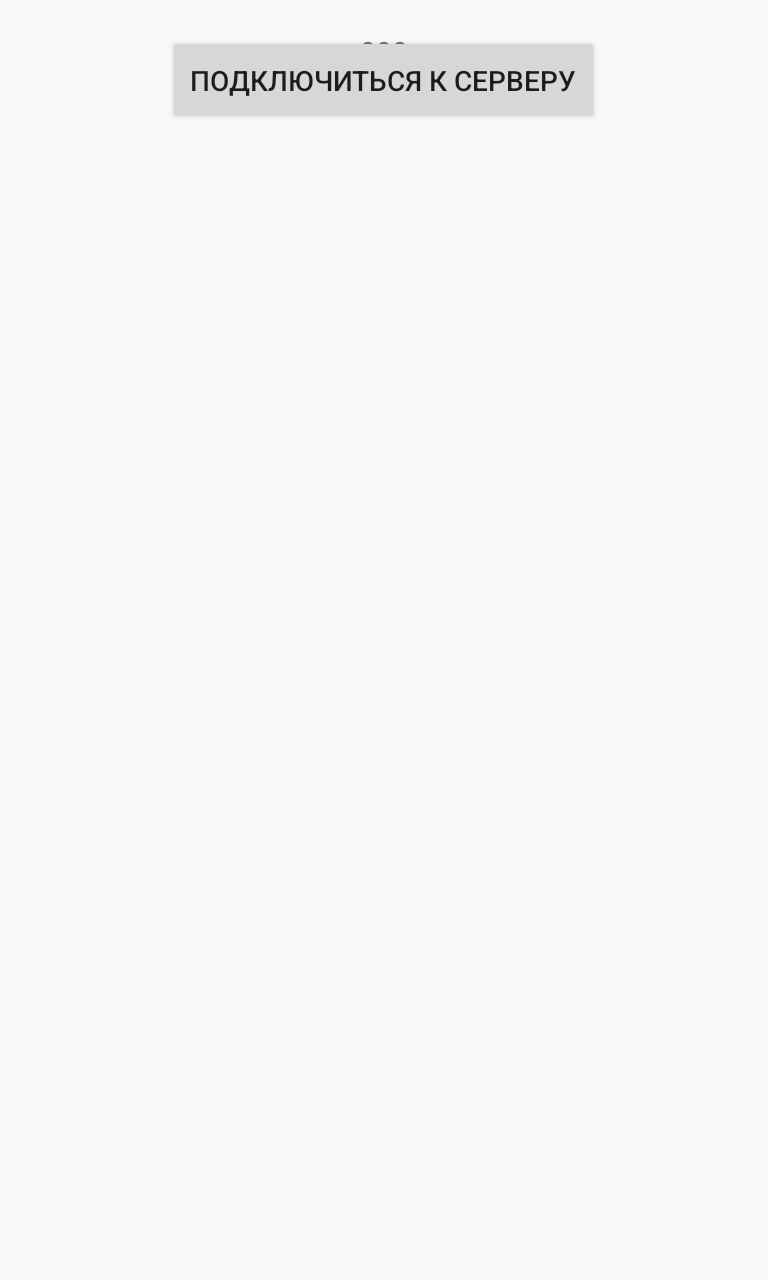
Repository: Laboratory711/Nightjar
Layout: android/Nightjar/workspace/Nightjar/res/layout/fragment_lab1.xml
The author's editor kept a copy of each file at every save. The layout is drawn from the files as they stood at one save, then again after the next save.
It is drawn on a 768 x 1280 px phone screen (xhdpi) without system bars, with theme AppTheme; the app's code is not run.

Above is the layout before, as saved 2014-03-26 23:48:55.

### android/Nightjar/workspace/Nightjar/res/layout/fragment_lab1.xml
<RelativeLayout xmlns:android="http://schemas.android.com/apk/res/android"
    xmlns:tools="http://schemas.android.com/tools"
    android:layout_width="match_parent"
    android:layout_height="match_parent"
    android:paddingBottom="@dimen/activity_vertical_margin"
    android:paddingLeft="@dimen/activity_horizontal_margin"
    android:paddingRight="@dimen/activity_horizontal_margin"
    android:paddingTop="@dimen/activity_vertical_margin"
    tools:context="ru.vint.labsoo.Lab1$PlaceholderFragment" >

    <TextView
        android:id="@+id/textView2"
        android:layout_width="wrap_content"
        android:layout_height="wrap_content"
        android:layout_centerHorizontal="true"
        android:text="@string/TV_text" />

    <Button
        android:id="@+id/button1"
        android:layout_width="wrap_content"
        android:layout_height="wrap_content"
        android:layout_alignParentTop="true"
        android:layout_centerHorizontal="true"
        android:onClick="onClickButtom1"
        android:text="@string/text_buttom_Name" />

</RelativeLayout>

### android/Nightjar/workspace/Nightjar/res/values/strings.xml
<?xml version="1.0" encoding="utf-8"?>
<resources xmlns:android="http://schemas.android.com/apk/res/android">

    <string name="app_name">LabSOO</string>
    <string name="hello_world">Hello world!</string>
    <string name="action_settings">Настройки</string>
    <string android:layout_width="wrap_content" android:id="@+id/string1" android:layout_height="wrap_content" name="text_IP">IP Адрес сервера</string>
    <string android:id="@+id/string2" android:layout_height="wrap_content" android:layout_width="wrap_content" name="text_Port">Адрес порта</string>
    <string android:id="@+id/string3" android:layout_height="wrap_content" android:layout_width="wrap_content" name="text_buttom_Name">Подключиться к серверу</string>
    <string android:id="@+id/string4" android:layout_height="wrap_content" android:layout_width="wrap_content" name="TV_text">000</string>
    <string android:id="@+id/string5" android:layout_height="wrap_content" android:layout_width="wrap_content" name="text_pref_app">Приложение написано группой студентов.</string>
	<string name="pref_IP">IP_adres</string>
	<string name="pref_App">App</string>
	<string name="pref_Port">Prot</string>
</resources>

Loaded but not shown: android/Nightjar/workspace/Nightjar/res/values/styles.xml (common file); android/Nightjar/workspace/Nightjar/res/values-v11/styles.xml (common file); android/Nightjar/workspace/Nightjar/res/values-v14/styles.xml (common file); android/Nightjar/workspace/Nightjar/res/values/dimens.xml (common file); android/Nightjar/workspace/Nightjar/res/values-w820dp/dimens.xml (common file)

After the next save:
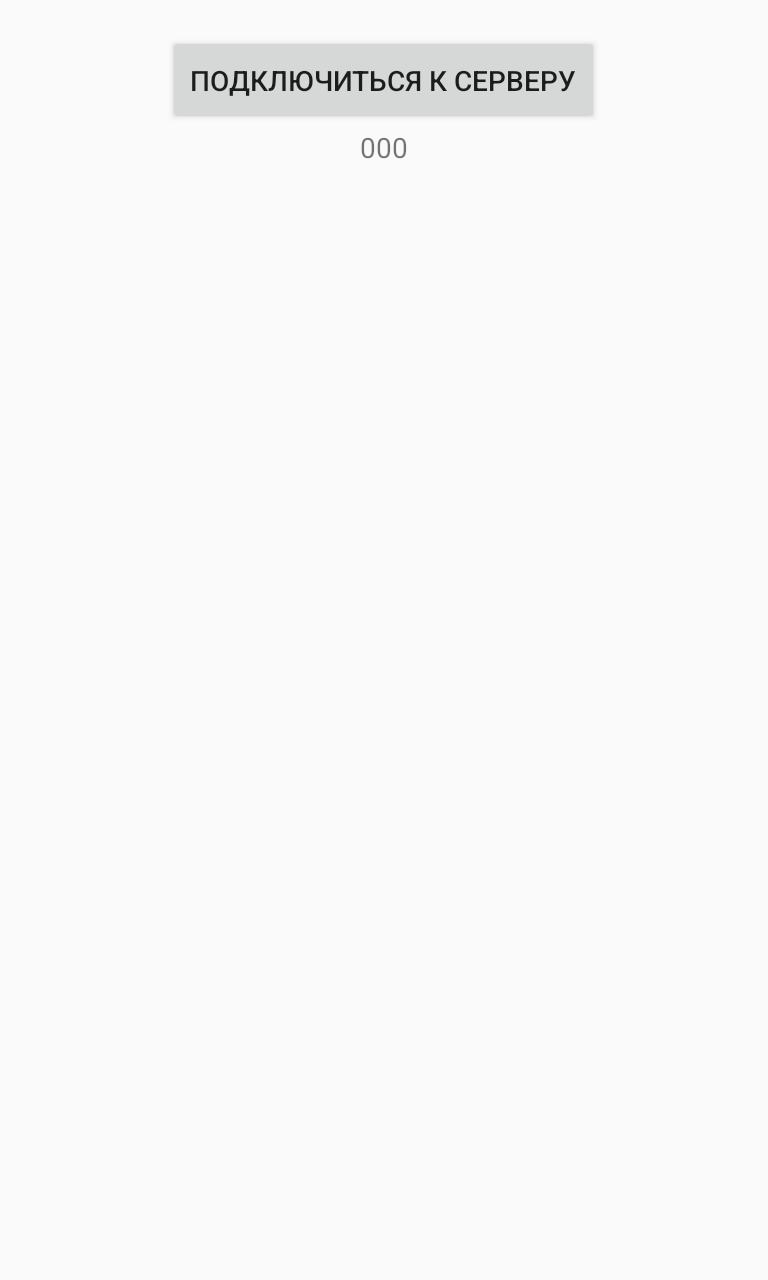
Saved 106 s later.
--- a/android/Nightjar/workspace/Nightjar/res/layout/fragment_lab1.xml
+++ b/android/Nightjar/workspace/Nightjar/res/layout/fragment_lab1.xml
@@ -8,13 +8,6 @@
     android:paddingTop="@dimen/activity_vertical_margin"
     tools:context="ru.vint.labsoo.Lab1$PlaceholderFragment" >
 
-    <TextView
-        android:id="@+id/textView2"
-        android:layout_width="wrap_content"
-        android:layout_height="wrap_content"
-        android:layout_centerHorizontal="true"
-        android:text="@string/TV_text" />
-
     <Button
         android:id="@+id/button1"
         android:layout_width="wrap_content"
@@ -24,4 +17,12 @@
         android:onClick="onClickButtom1"
         android:text="@string/text_buttom_Name" />
 
+    <TextView
+        android:id="@+id/textView2"
+        android:layout_width="wrap_content"
+        android:layout_height="wrap_content"
+        android:layout_below="@+id/button1"
+        android:layout_centerHorizontal="true"
+        android:text="@string/TV_text" />
+
 </RelativeLayout>
